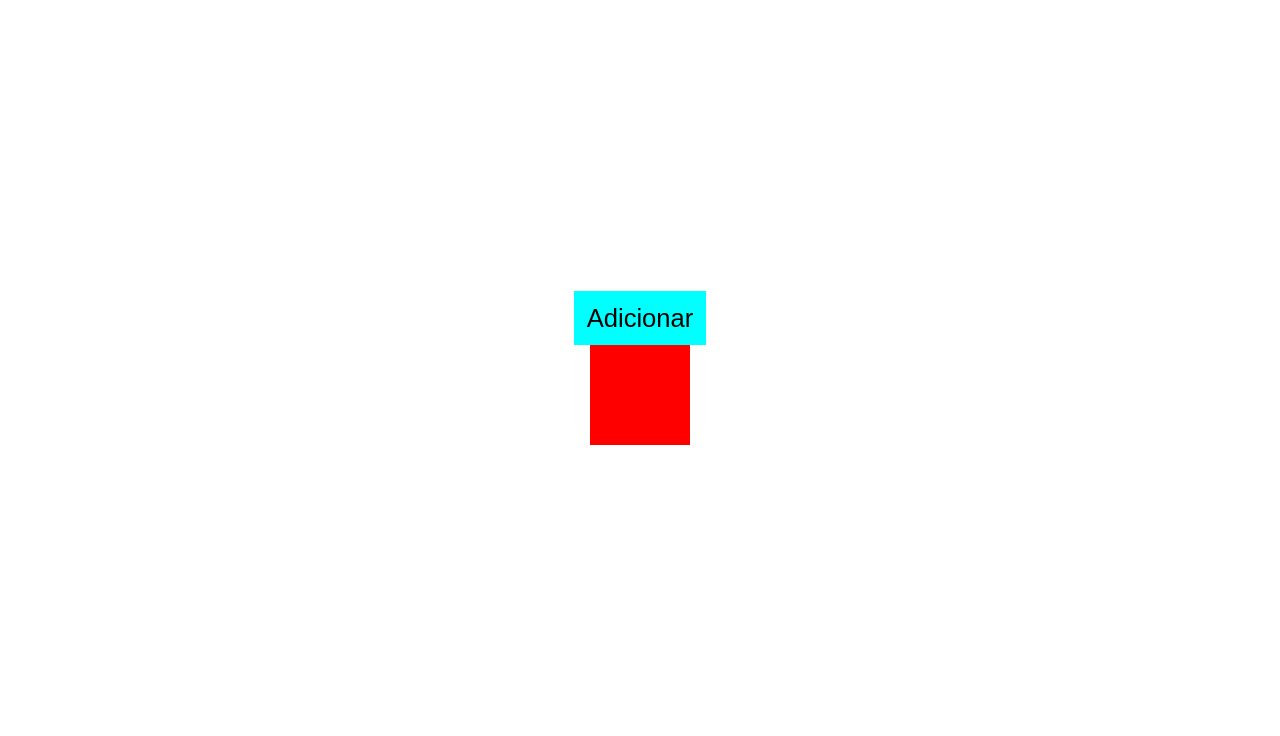
Repository: Orifiel/teste
Page: desafioMod2/desafioJavascript0201.html
These files come from the project's save history. The page is drawn as it stood at one moment and after a run of saves; the edit follows.
The browser window is 1280 px wide. The pictures show the whole page.

Above is the page before, as saved 2020-08-12 15:14:44.

### desafioMod2/desafioJavascript0201.html
<!--
1º exercício
Crie um botão que ao ser clicado cria um novo elemento em tela com a forma de um quadrado
vermelho com 100px de altura e largura. Sempre que o botão for clicado um novo quadrado deve
aparecer na tela.
-->
<!DOCTYPE html>
<html lang="en">
<head>
    <meta charset="UTF-8">
    <meta name="viewport" content="width=device-width, initial-scale=1.0">
    <link rel="text" href="./desafioJavascript0201.js">
    <title>Document</title>
</head>
<body>
    <style>

        .button-container{
            height: 100vh;
            display: flex;
            justify-content: center;
            align-items: center;
            flex-direction: column;
        }

        .button-container .getsquadred {
            font-size: 1.6rem;
            padding: 0.8rem;
            border: 0;
            background-color: aqua;
        }

        .container-squads {
            width: 100px;
            height: 100px;
            background-color: red;
        }

    </style>
    <div class="button-container">
     <button class="getsquadred" onclick="">Adicionar</button>


        <div class="container-squads">

        </div>
    </div>
</body>
</html>

After the next 2 saves:
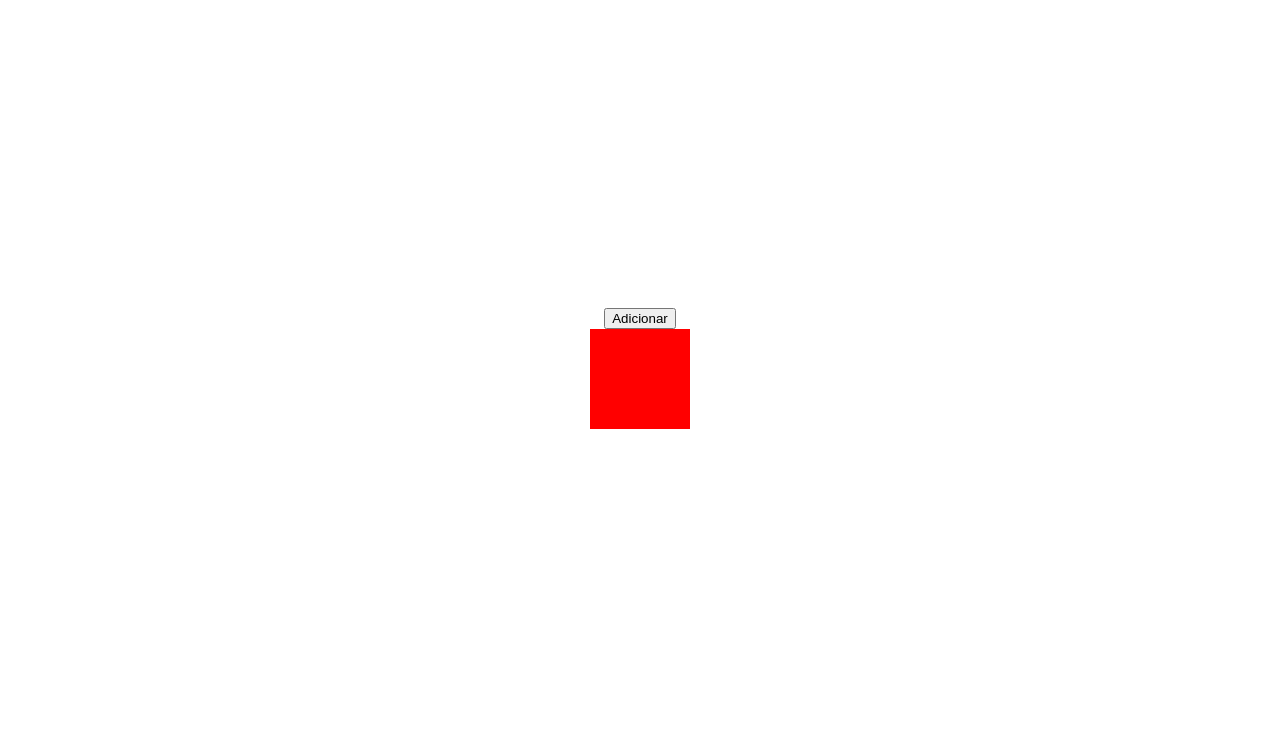
The 2 saves are shown as one change because they came seconds apart.
The last was saved 20 s later.
--- a/desafioMod2/desafioJavascript0201.html
+++ b/desafioMod2/desafioJavascript0201.html
@@ -23,7 +23,7 @@
             flex-direction: column;
         }
 
-        .button-container .getsquadred {
+        .button-container .getsquad {
             font-size: 1.6rem;
             padding: 0.8rem;
             border: 0;
@@ -38,7 +38,7 @@
 
     </style>
     <div class="button-container">
-     <button class="getsquadred" onclick="">Adicionar</button>
+     <button class="getsquadr" onclick="">Adicionar</button>
 
 
         <div class="container-squads">

After the save that followed:
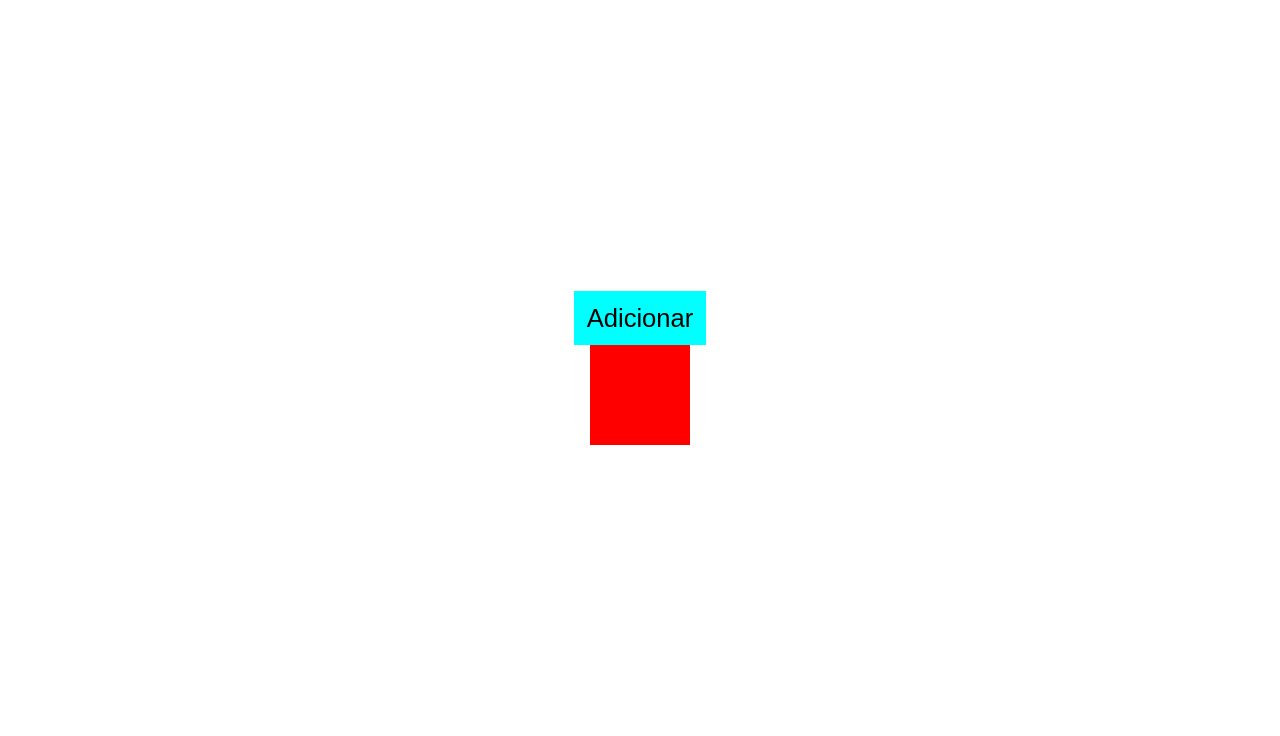
Saved 16 s later.
--- a/desafioMod2/desafioJavascript0201.html
+++ b/desafioMod2/desafioJavascript0201.html
@@ -23,7 +23,7 @@
             flex-direction: column;
         }
 
-        .button-container .getsquad {
+        .button-container .getsquadred {
             font-size: 1.6rem;
             padding: 0.8rem;
             border: 0;
@@ -38,7 +38,7 @@
 
     </style>
     <div class="button-container">
-     <button class="getsquadr" onclick="">Adicionar</button>
+     <button class="getsquadred" onclick="">Adicionar</button>
 
 
         <div class="container-squads">
